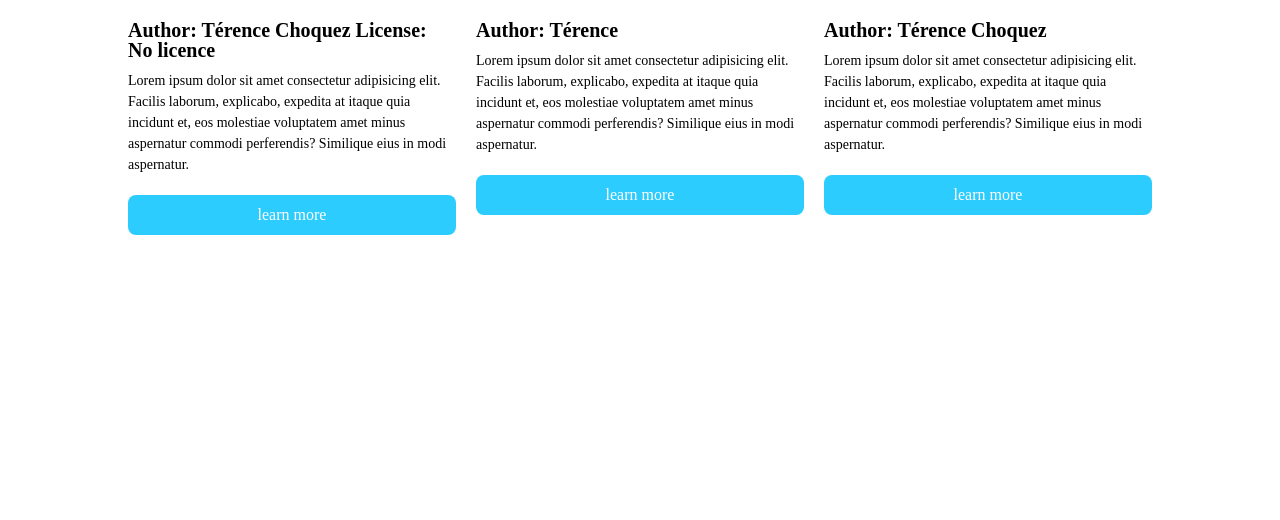
Repository: dinhhaidh/subgrid
Page: index.html
An editor plug-in stored every save of this project. The page is shown before and after a run of saves, followed by the edit.
The browser window is 1280 px wide. The pictures show the part of the page from y = 220 to 740 px (the page is 740 px tall).

Above is the page before, as saved 2024-01-08 15:27:15.

After the next 2 saves:
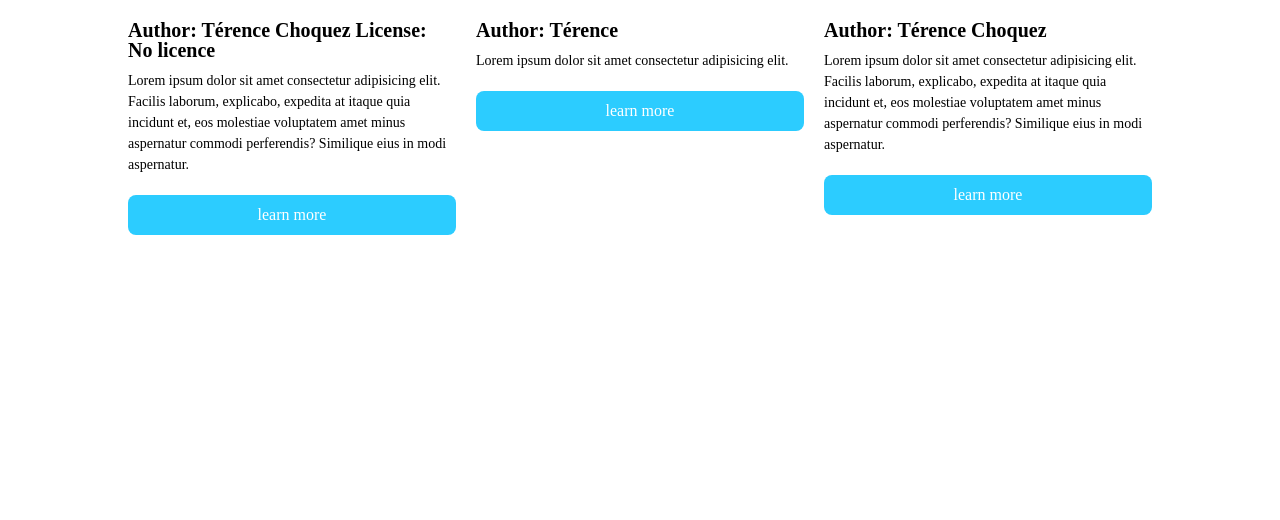
The 2 saves are shown as one change because they came seconds apart.
The last was saved 20 s later.
--- a/index.html
+++ b/index.html
@@ -22,8 +22,7 @@
                 <img src="https://images.unsplash.com/photo-1506946526854-9aad1ec915cb?q=80&w=1887&auto=format&fit=crop&ixlib=rb-4.0.3&ixid=M3wxMjA3fDB8MHxwaG90by1wYWdlfHx8fGVufDB8fHx8fA%3D%3D" alt="">
             </div>
             <h3 class="card-title">Author: Térence </h3>
-            <p class="card-desc">Lorem ipsum dolor sit amet consectetur adipisicing elit. Facilis laborum, explicabo, expedita at itaque quia incidunt et, eos molestiae voluptatem amet minus aspernatur commodi perferendis? Similique eius in modi aspernatur.
-            </p>
+            <p class="card-desc">Lorem ipsum dolor sit amet consectetur adipisicing elit.</p>
             <a href="#" class="card-more">learn more</a>
         </div>
         <div class="card">
